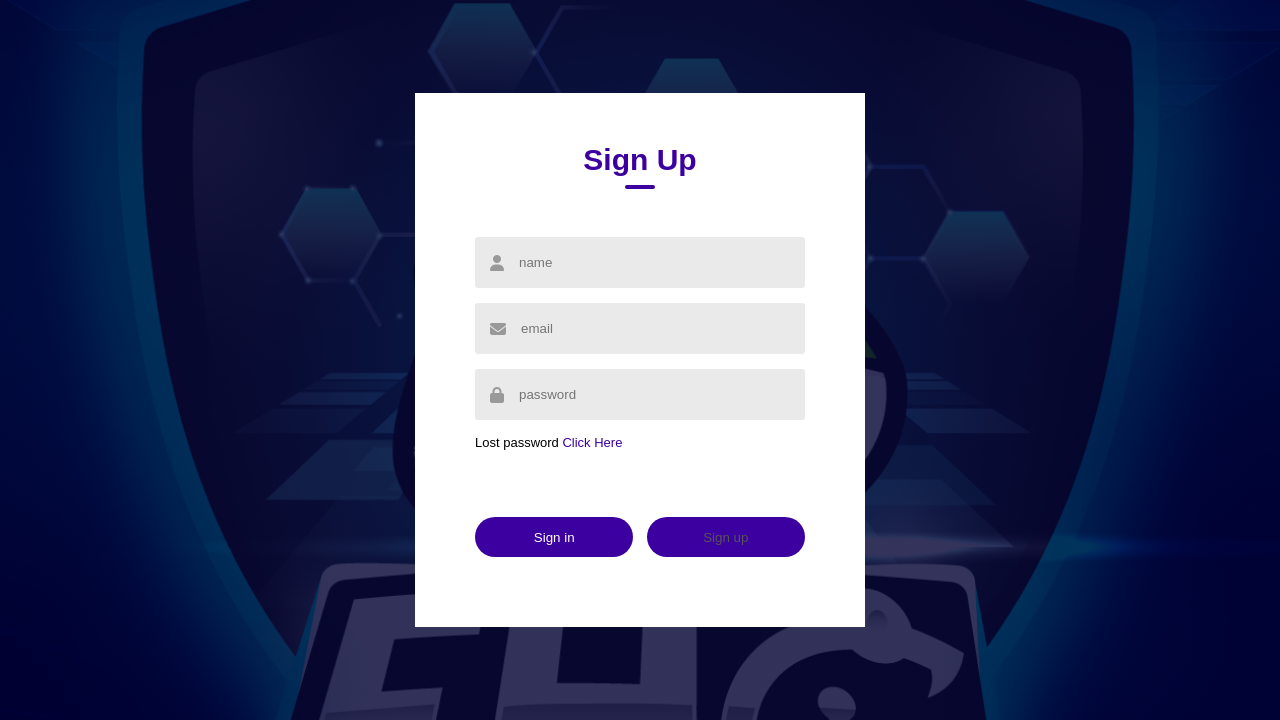
Repository: vietanhlek48/loginProject
Page: index.html
The author's editor kept a copy of each file at every save. The page is drawn from the files as they stood at one save, then again after the next save.
The browser window is 1280 px wide. The pictures show the whole page.
Some web libraries are served in a nearby version.

Above is the page before, as saved 2023-02-16 01:04:52.

### index.html
<!DOCTYPE html>
<html lang="en">
<head>
    <meta charset="UTF-8">
    <meta http-equiv="X-UA-Compatible" content="IE=edge">
    <meta name="viewport" content="width=device-width, initial-scale=1.0">
    <title>EHC Login Page</title>
    <link rel="stylesheet" href="style.css">
    <script src="https://kit.fontawesome.com/e76348e85f.js" crossorigin="anonymous"></script>
</head>
<body>
    <div class="container">
        <div class="form-box">
            <h1>Sign Up</h1>
            <form>
                <div class="input-group">
                    <div class="input-field">
                        <i class="fa-solid fa-user"></i>
                        <input type="text" placeholder="name">
                    </div>

                    <div class="input-field">
                        <i class="fa-solid fa-envelope"></i>
                        <input type="email" placeholder="email">
                    </div>

                    <div class="input-field">
                        <i class="fa-solid fa-lock"></i>
                        <input type="password" placeholder="password">
                    </div>
                    <p>Lost password <a href="###">Click Here</a></p>
                </div>



                <div class="btn-field">
                    <button typpe="button">Sign in</button>
                    <button typpe="button" class="disable">Sign up</button>
                </div>
            </form>
        </div>

    </div>



</body>
</html>

### style.css
*{
    margin: 0;
    padding: 0;
    font-family: 'Poppins', sans-serif;
    box-sizing: border-box;
}

.container{
    width: 100%;
    height: 100vh;
    background-image: linear-gradient(rgba(0, 0, 50, 0.8), rgba(0, 0, 50, 0.8)), url(background.png);
    background-position: center;
    background-size: cover;
    position: fixed;
}

.form-box{
    width: 90%;
    max-width: 450px;
    position: absolute;
    top: 50%;
    left: 50%;
    transform: translate(-50%, -50%);
    background: #fff;
    padding: 50px 60px 70px;
    text-align: center;
}

.form-box h1{
    font-size: 30px;
    margin-bottom: 60px;
    color: #3c00a0;
    position: relative;
}

.form-box h1::after{
    content: '';
    width: 30px;
    height: 4px;
    border-radius: 3px;
    background: #3c00a0;
    position: absolute;
    bottom: -12px;
    left: 50%;
    transform: translateX(-50%);
}

.input-field{
    background: #eaeaea;
    margin: 15px 0;
    border-radius: 3px;
    display: flex;
    align-items: center;
}

input{
    width: 100px;
    background: transparent;
    border: 0;
    outline: 0;
    padding: 18px 15px;
}

.input-field i{
    margin-left: 15px;
    color: #999;
}

form p{
    text-align: left;
    font-size: 13px;
}

form p a{
    text-decoration: none;
    color: #3c00a0;
}

.btn-field{
    width: 100%;
    display: flex;
    justify-content: space-between;
}

.btn-field button{
    flex-basis: 48%;
    background: #3c00a0;
    color: #fff;
    height: 40px;
    border-radius: 20px;
    border: 0;
    outline: 0;
    cursor: pointer;
    transition: background 1s;
}

.input-group{
    height: 280px;

}

.btn-field button.disable{
    background: #3c00a0;
    color: #555;
}

After the next save:
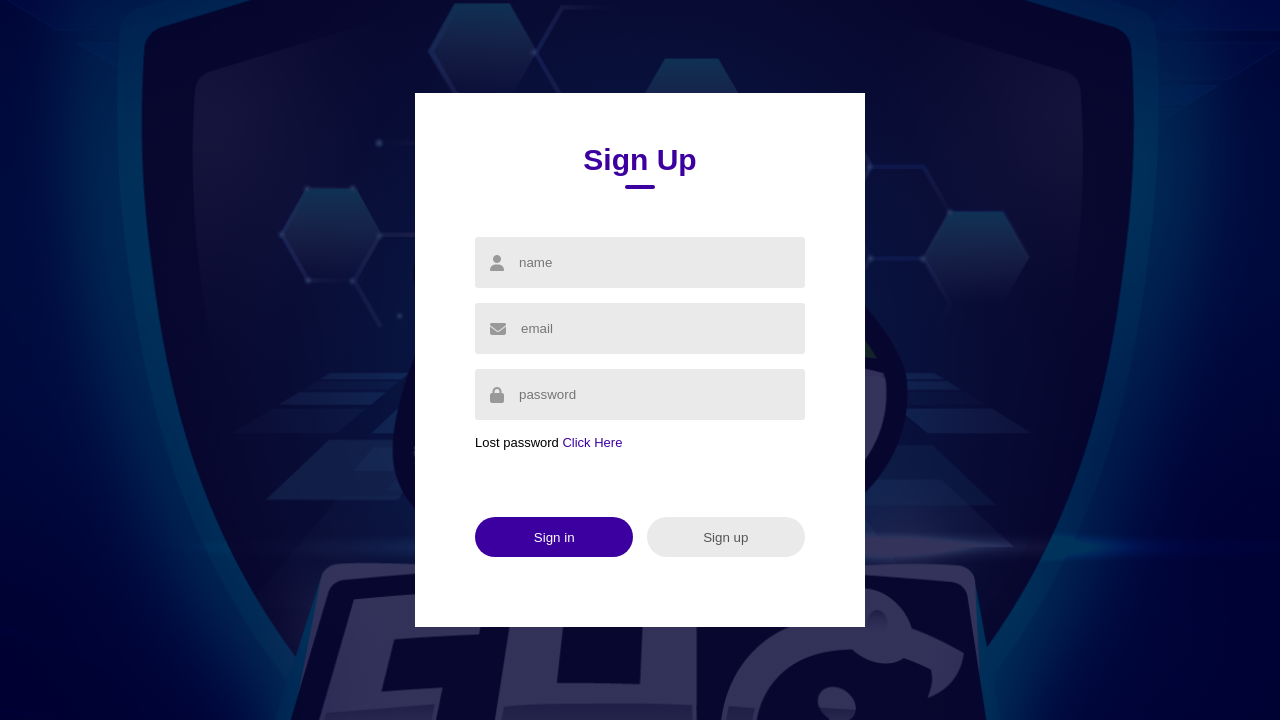
Saved 25 s later.
--- a/style.css
+++ b/style.css
@@ -100,6 +100,6 @@ form p a{
 }
 
 .btn-field button.disable{
-    background: #3c00a0;
+    background: #eaeaea;
     color: #555;
 }
